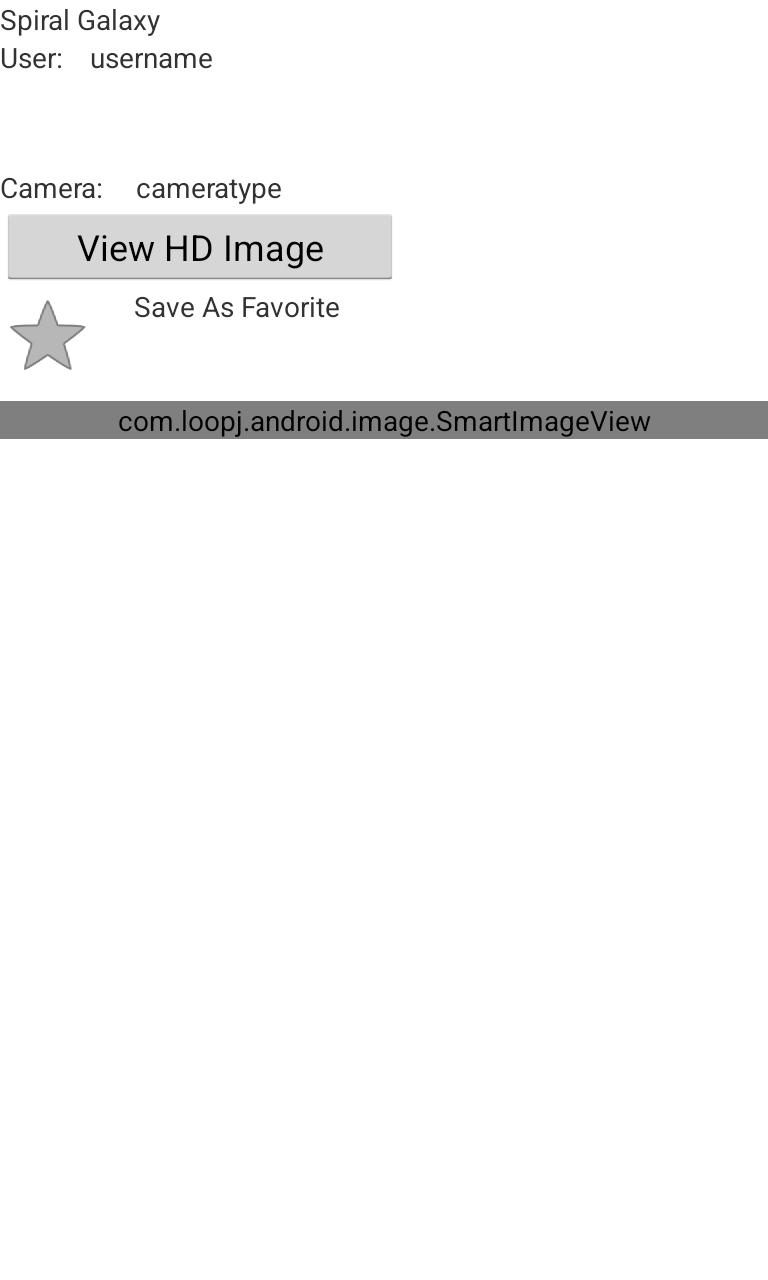
Repository: arianaantonio/Java2_Antonio
Layout: SpaceImageViewer/res/layout/details_activity.xml
The author's editor kept a copy of each file at every save. The layout is drawn from the files as they stood at one save, then again after the next save.
Pictures or frames that could not be fetched are drawn as grey boxes. It is drawn on a 768 x 1280 px phone screen (xhdpi) without system bars, with theme AppTheme; the app's code is not run.

Above is the layout before, as saved 2014-07-17 08:30:01.

### SpaceImageViewer/res/layout/details_activity.xml
<?xml version="1.0" encoding="utf-8"?>
<LinearLayout xmlns:android="http://schemas.android.com/apk/res/android"
    android:layout_width="match_parent"
    android:layout_height="match_parent"
    android:orientation="vertical" >

    <TextView
        android:id="@+id/title"
        android:layout_width="wrap_content"
        android:layout_height="wrap_content"
        android:layout_weight="0.00"
        android:text="Spiral Galaxy" />

    <LinearLayout
        android:id="@+id/linearLayout1"
        android:layout_width="144dp"
        android:layout_height="22dp"
        android:layout_weight="0.00"
        android:orientation="horizontal" >

        <TextView
            android:id="@+id/user"
            android:layout_width="45dp"
            android:layout_height="38dp"
            android:layout_gravity="center_horizontal"
            android:layout_marginBottom="25dp"
            android:layout_marginTop="30dp"
            android:text="@string/userString" />

        <TextView
            android:id="@+id/userName"
            android:layout_width="fill_parent"
            android:layout_height="wrap_content"
            android:text="username" />
    </LinearLayout>

    <LinearLayout
        android:id="@+id/linearLayout2"
        android:layout_width="287dp"
        android:layout_height="wrap_content"
        android:layout_marginTop="43dp"
        android:orientation="horizontal" >

        <TextView
            android:id="@+id/camera"
            android:layout_width="wrap_content"
            android:layout_height="wrap_content"
            android:layout_weight="0.88"
            android:text="@string/cameraString" />

        <TextView
            android:id="@+id/cameraType"
            android:layout_width="wrap_content"
            android:layout_height="wrap_content"
            android:layout_weight="7.80"
            android:text="cameratype" />
    </LinearLayout>

    <Button
        android:id="@+id/button1"
        android:layout_width="wrap_content"
        android:layout_height="wrap_content"
        android:layout_weight="0.00"
        android:minHeight="35dp"
        android:text="@string/HDbutton"
        android:width="200dp" />

    <LinearLayout
        android:id="@+id/linearLayout3"
        android:layout_width="match_parent"
        android:layout_height="wrap_content"
        android:layout_weight="0.00"
        android:orientation="horizontal" >

        <RatingBar
            android:id="@+id/ratingBar"
            android:layout_width="wrap_content"
            android:layout_height="wrap_content"
            android:numStars="1"
            android:rating="0.0"
            android:stepSize="1.0" />

        <TextView
            android:id="@+id/textView1"
            android:layout_width="wrap_content"
            android:layout_height="wrap_content"
            android:layout_marginLeft="19dp"
            android:text="@string/favorite" />
    </LinearLayout>

    <com.loopj.android.image.SmartImageView
        android:id="@+id/my_image"
        android:layout_width="match_parent"
        android:layout_height="wrap_content"
        android:visibility="visible" />

</LinearLayout>

### SpaceImageViewer/res/values/strings.xml
<?xml version="1.0" encoding="utf-8"?>
<resources>

    <string name="app_name">Space Image Viewer</string>
    <string name="action_settings">Settings</string>
    <string name="textview_text">List of images of spiral galaxies</string>
    <string name="detail_view">Details:</string>
    <string name="Description">Image View</string>
    <color name="Purple">#7F00FF</color>
    <color name="Grey">#D8D8D8</color>
    <color name="Aqua">#99FFFF</color>
    <string name="userString">User:</string>
    <string name="cameraString">Camera:</string>
    <string name="HDbutton">View HD Image</string>
    <string name="detailactivity">Details Activity</string>
    <string name="favorite">Save As Favorite</string>


</resources>

Loaded but not shown: SpaceImageViewer/res/values/styles.xml (common file); SpaceImageViewer/res/values-v11/styles.xml (common file); SpaceImageViewer/res/values-v14/styles.xml (common file)

After the next save:
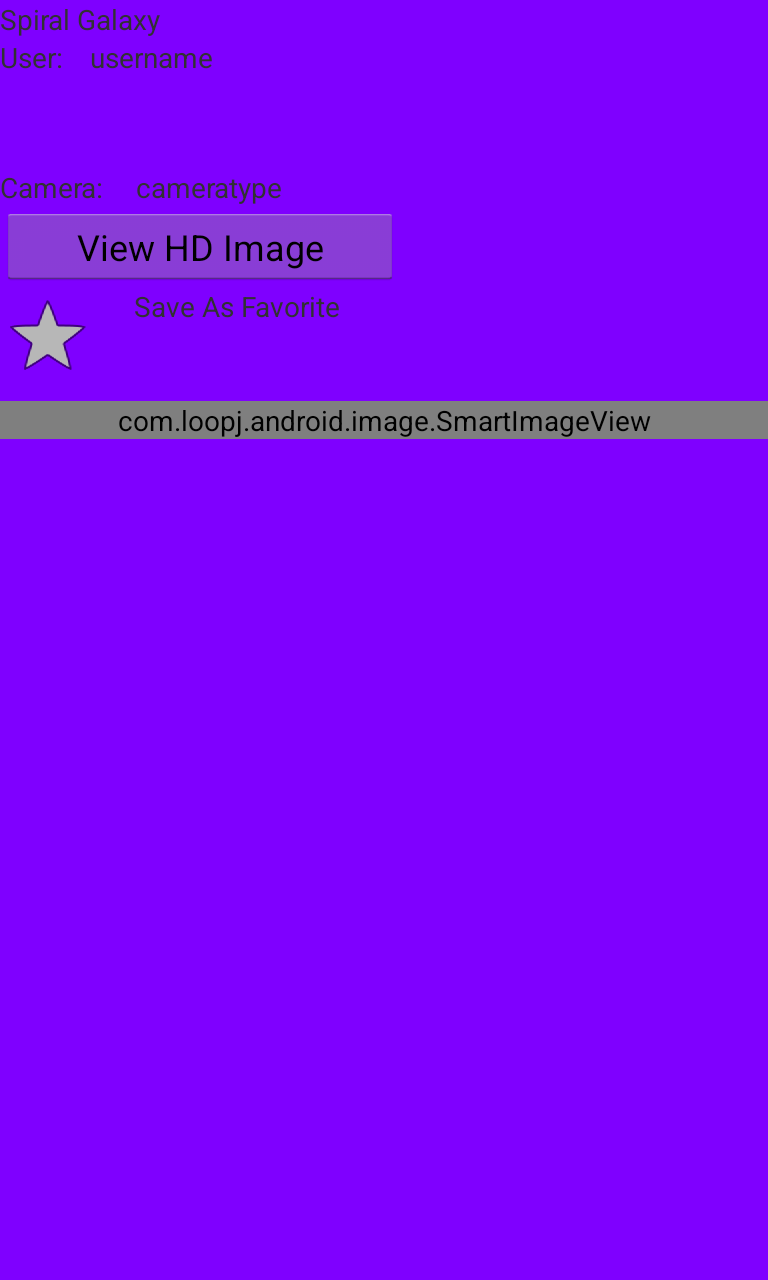
Saved 114 s later.
--- a/SpaceImageViewer/res/layout/details_activity.xml
+++ b/SpaceImageViewer/res/layout/details_activity.xml
@@ -2,6 +2,7 @@
 <LinearLayout xmlns:android="http://schemas.android.com/apk/res/android"
     android:layout_width="match_parent"
     android:layout_height="match_parent"
+    android:background="@color/Purple"
     android:orientation="vertical" >
 
     <TextView
